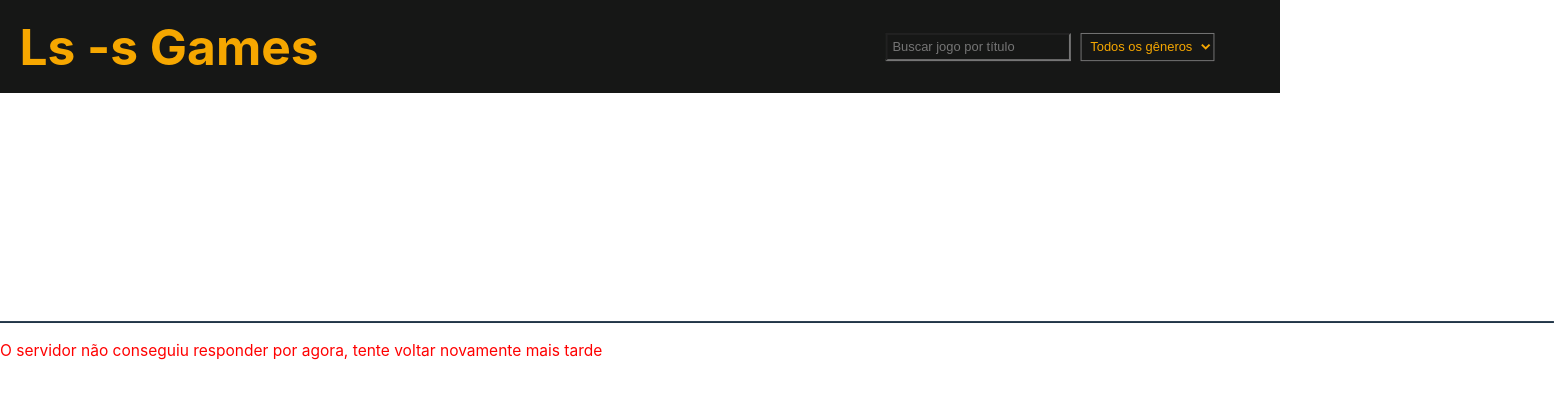
Repository: nlemuel/games-front-test
Page: /
These files come from the project's save history. The page is drawn as it stood at one moment and after the next save; the edit follows.
The browser window is 1280 px wide. The page is 1602 px wide, then 1600 px, so the pictures cover 1602 px, including what lies to the right of the window. The pictures show the whole page, at 97% of full size.
The page's requests for data from a server got no answer. The project was rebuilt for these pictures with package versions that can differ from the ones it lists, and the page was loaded fresh each time. No one was signed in, and anything a server would have sent is missing. Also part of the build but not shown: vite.config.ts.

Above is the page before, as saved 2023-06-25 17:37:42.

After the next save:
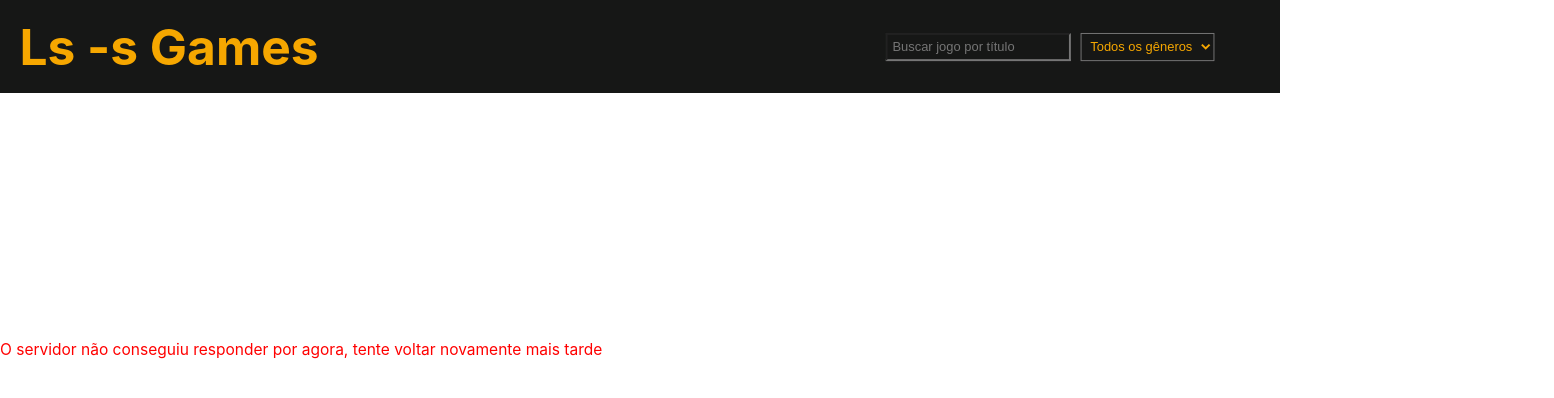
Saved 40 s later.
--- a/src/components/Container/styles.tsx
+++ b/src/components/Container/styles.tsx
@@ -4,7 +4,6 @@ const Container = styled.div`
   display: flex;
   flex-wrap: wrap;
   justify-content: center;
-  border: 1px solid;
   min-width: 100rem;
 `;
 
